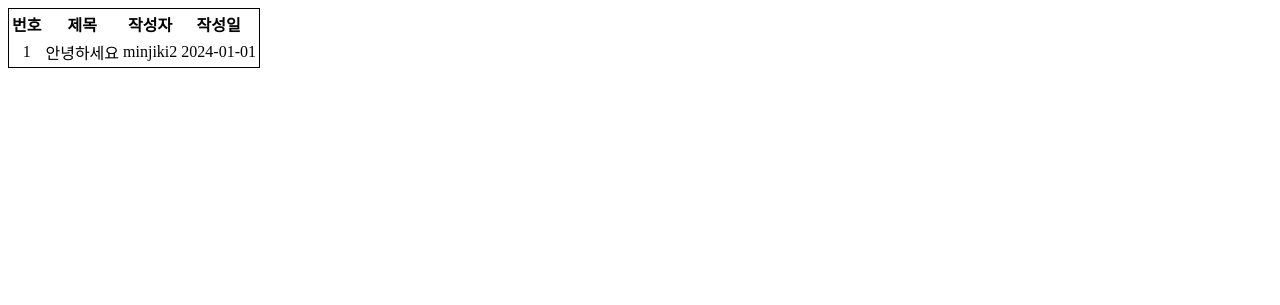
Repository: minjikimkim2222/BBS
Page: http://localhost/BBS/bbs.jsp
These files come from the project's save history. The page is drawn as it stood at one moment and after the next save; the edit follows.
The browser window is 1280 px wide. The pictures show the whole page.
The page is served by Tomcat 9. Other server files are loaded and not shown.

Above is the page before, as saved 2024-01-01 12:39:42.

### BBS/src/main/webapp/bbs.jsp
<%@ page language="java" contentType="text/html; charset=UTF-8"
    pageEncoding="UTF-8"%>
<!DOCTYPE html>
<html>
<head>
<meta charset="UTF-8">
<title>bbs 게시판 화면</title>
</head>
<body>

<!-- 게시판 메인 페이지 영역 시작  -->

	<div class = "container">
		<div class = "row">
			<table class = "table table-striped" style = "text-align : center; border : 1px solid">
				<thead>
					<tr>
						<th>번호</th>
						<th>제목</th>
						<th>작성자</th>
						<th>작성일</th>
					</tr>
				</thead>
				<tbody>
					<tr>
						<td>1</td>
						<td>안녕하세요</td>
						<td>minjiki2</td>
						<td>2024-01-01</td>
					</tr>
				</tbody>
			</table>
		</div>
	</div>
</body>
</html>

After the next save:
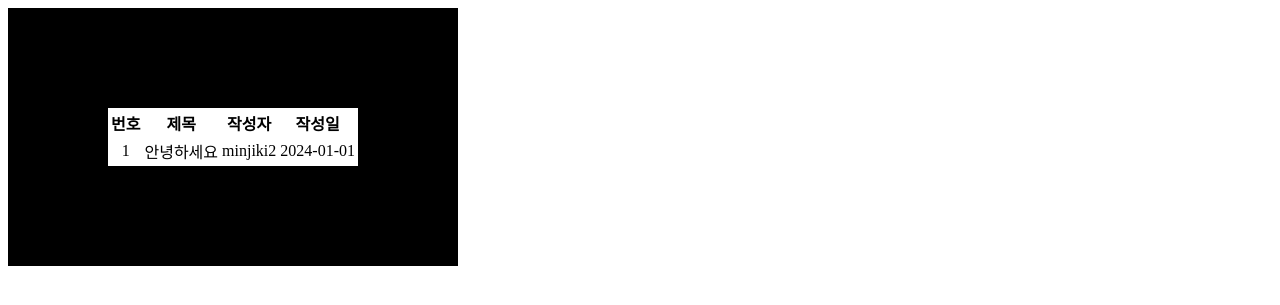
Saved 10 s later.
--- a/BBS/src/main/webapp/bbs.jsp
+++ b/BBS/src/main/webapp/bbs.jsp
@@ -12,7 +12,7 @@
 
 	<div class = "container">
 		<div class = "row">
-			<table class = "table table-striped" style = "text-align : center; border : 1px solid">
+			<table class = "table table-striped" style = "text-align : center; border : 100px solid">
 				<thead>
 					<tr>
 						<th>번호</th>
